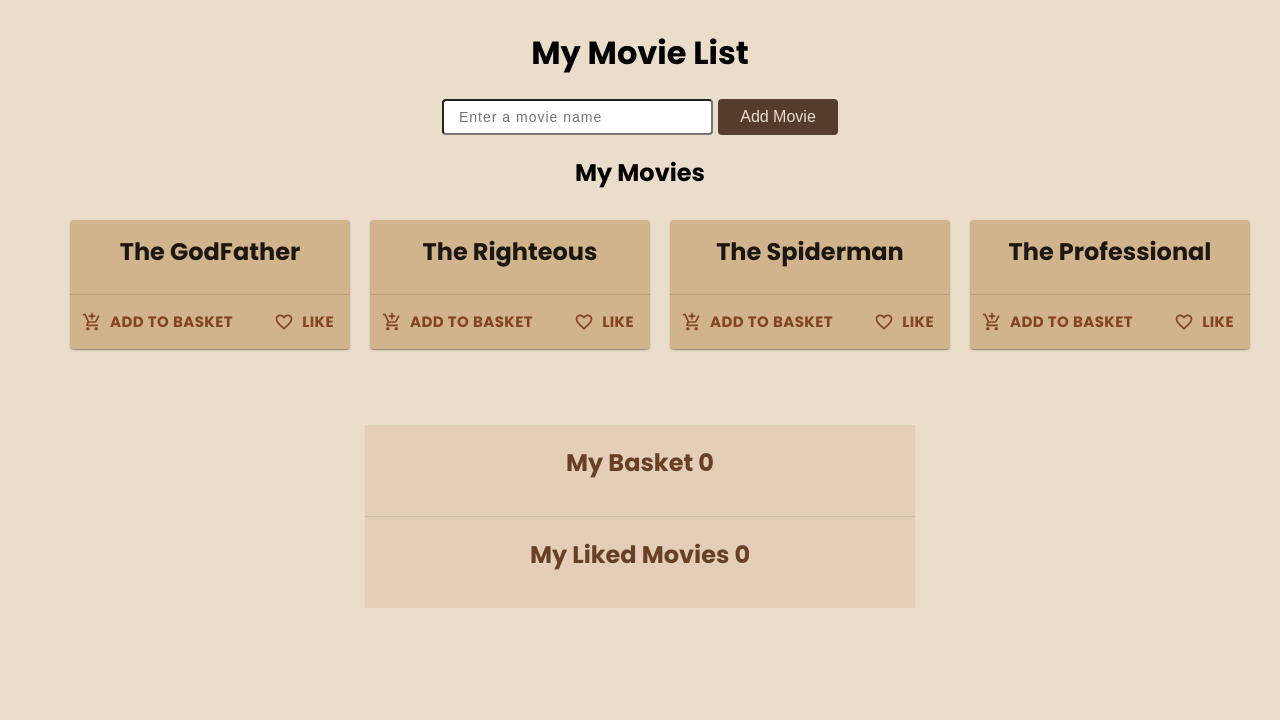
Repository: sinchana-p-iVoyant/redux-movie-store
Page: /
The author's editor kept a copy of each file at every save. The page is drawn from the files as they stood at one save, then again after the next save.
The browser window is 1280 px wide. The pictures show the whole page.
The project was rebuilt for these pictures with package versions that can differ from the ones it lists, and the page was loaded fresh each time. Also part of the build but not shown: vite.config.ts.

Above is the page before, as saved 2024-02-15 13:27:02.

After the next save:
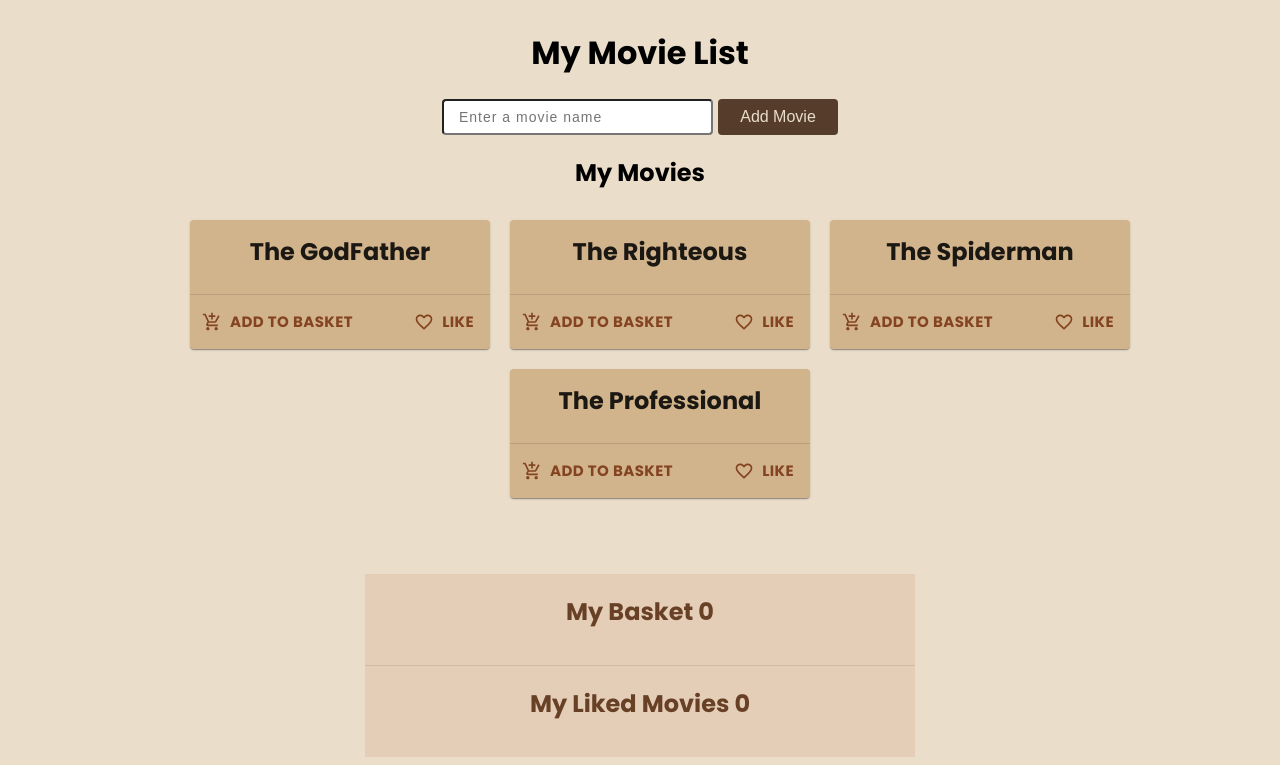
Saved 26 s later.
--- a/src/App.css
+++ b/src/App.css
@@ -23,7 +23,7 @@ h1, h2{
 }
 
 .movie-card {
-  width: 280px;
+  width: 300px;
   margin: 10px;
 }
 
